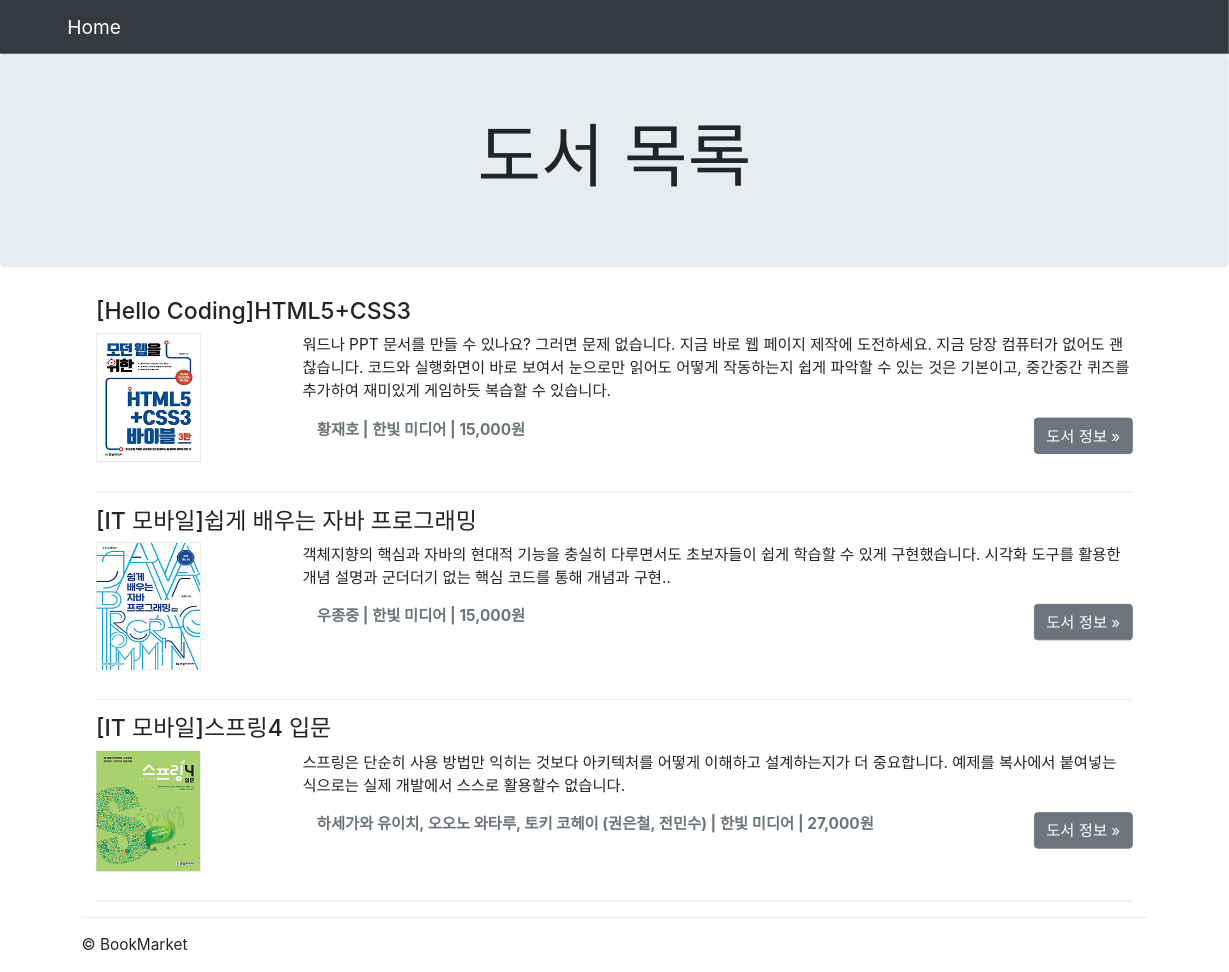
Repository: freedomseok8047/jsp
Page: http://localhost/BookMarket/books.jsp
The author's editor kept a copy of each file at every save. The page is drawn from the files as they stood at one save, then again after the next save.
The browser window is 1280 px wide. The pictures show the whole page, at 96% of full size.
The page is served by Tomcat 9.

Above is the page before, as saved 2023-08-25 05:48:13.

### BookMarket/src/main/webapp/books.jsp
<%@ page language="java" contentType="text/html; charset=UTF-8"
	pageEncoding="UTF-8"%>
<%@ page import="java.util.ArrayList, java.text.NumberFormat"%>
<%@ page import="dto.Book"%>
<jsp:useBean id="bookDAO" class="dao.BookRepository" scope="session" />
<!DOCTYPE html>
<html>
<head>
<meta charset="UTF-8">
<link rel="stylesheet" href="./resources/css/bootstrap.min.css" />
<title>도서 목록</title>
</head>
<body>
	<jsp:include page="menu.jsp" />
	<div class="jumbotron">
		<div class="container">
			<h1 class="display-3" align="center">도서 목록</h1>
		</div>
	</div>
	<%
	ArrayList<Book> listOfBooks = bookDAO.getAllBooks();
	NumberFormat format = java.text.NumberFormat.getNumberInstance(java.util.Locale.US);
	format.setGroupingUsed(true);
	%>

	<div class="container">
		<div class="col" align="left">
			<%
			for (int i = 0; i < listOfBooks.size(); i++) {
				Book book = listOfBooks.get(i);
			%>
			<div class="row-xl-4">

				<h4>
					[<%=book.getCategory()%>]<%=book.getName()%>
				</h4>
				<div class="row">
					<div class="col col-lg-2">
						<img src="resources/images/<%=book.getFilename()%>"
							alt=<%=book.getName()%> width="70%" height="90%">
					</div>
					<div class="col-md-auto"></div>
					<div class="col">
						<p><%=book.getDescription()%>
						<div class="container">
							<div class="row">
								<p class="col font-weight-bold text-secondary"><%=book.getAuthor()%>
									|
									<%=book.getPublisher()%>
									|
									<%=format.format(book.getUnitPrice())%>원
								<p>
									<a href="./book.jsp?id=<%=book.getBookId()%>"
										class="btn btn-secondary" role="button">도서 정보 &raquo;</a>
							</div>
						</div>
					</div>
				</div>
			</div>
			<hr>
			<%
			}
			%>
		</div>
		<hr>
	</div>
	<jsp:include page="footer.jsp" />


</body>
</html>

### BookMarket/src/main/webapp/menu.jsp
<nav class="navbar navbar-expand navbar-dark bg-dark">
		<div class="container">
			<div class=" navbar-header">
				<a class="navbar-brand" href=" ./welcome.jsp">Home</a>
			</div>
		</div>
	</nav>

### BookMarket/src/main/webapp/footer.jsp
<footer class="container">
		<p>&copy; BookMarket</p>
	</footer>

### BookMarket/src/main/java/dao/BookRepository.java
package dao;

import java.util.ArrayList;

import dto.Book;
import dto.Book;

public class BookRepository {

	private ArrayList<Book> listOfBooks = new ArrayList<Book>();

	public BookRepository() {
		Book book1 =new Book("B1234","HTML5+CSS3",15000);
		book1.setDescription("워드나 PPT 문서를 만들 수 있나요? 그러면 문제 없습니다. 지금 바로 웹 페이지 제작에 도전하세요. 지금 당장 컴퓨터가 없어도 괜찮습니다. 코드와 실행화면이 바로 보여서 눈으로만 읽어도 어떻게 작동하는지 쉽게 파악할 수 있는 것은 기본이고, 중간중간 퀴즈를 추가하여 재미있게 게임하듯 복습할 수 있습니다. ");
		book1.setAuthor("황재호");
		book1.setPublisher("한빛 미디어");
		book1.setCategory("Hello Coding");
		book1.setUnitsInStock(1000);
		book1.setTotalPages(700);
		book1.setReleaseDate("8월/22년");
		book1.setCondition("New");
		book1.setFilename("P1234.jpg");


		Book book2 =new Book("B1235","쉽게 배우는 자바 프로그래밍",15000);
		book2.setDescription("객체지향의 핵심과 자바의 현대적 기능을 충실히 다루면서도 초보자들이 쉽게 학습할 수 있게 구현했습니다. 시각화 도구를 활용한 개념 설명과 군더더기 없는 핵심 코드를 통해 개념과 구현..");
		book2.setAuthor("우종중");
		book2.setPublisher("한빛 미디어");
		book2.setCategory("IT 모바일");
		book2.setUnitsInStock(1000);
		book2.setTotalPages(700);
		book2.setReleaseDate("8월/22년");
		book2.setCondition("New");
		book2.setFilename("P1235.jpg");

		Book book3 =new Book("B1236","스프링4 입문",27000);
		book3.setDescription("스프링은 단순히 사용 방법만 익히는 것보다 아키텍처를 어떻게 이해하고 설계하는지가 더 중요합니다. 예제를 복사에서 붙여넣는 식으로는 실제 개발에서 스스로 활용할수 없습니다.");
		book3.setAuthor("하세가와 유이치, 오오노 와타루, 토키 코헤이 (권은철, 전민수)");
		book3.setPublisher("한빛 미디어");
		book3.setCategory("IT 모바일");
		book3.setUnitsInStock(1000);
		book3.setTotalPages(700);
		book3.setReleaseDate("8월/22년");
		book3.setCondition("New");
		book3.setFilename("P1236.jpg");

		listOfBooks.add(book1);
		listOfBooks.add(book2);
		listOfBooks.add(book3);
	}
		public ArrayList<Book> getAllBooks() {
			return listOfBooks;
	}
		public Book getBookById(String bookId) {
			Book bookById = null;
			for(int i =0; i < listOfBooks.size(); i++ ) {
				Book book = listOfBooks.get(i);
				if(book != null && book.getBookId() != null && book.getBookId().equals(bookId)) {
					bookById = book;
					break;
				}
			}
			return bookById;
		}
}

### BookMarket/src/main/java/dto/Book.java
package dto;

import java.io.Serializable;

public class Book implements Serializable {

	private static final long serialVersionUID = -4274700572038677000L;

	private String bookId;
	private String name;
	private Integer unitPrice;
	private String author;
	private String description;
	private String publisher;
	private String category;
	private long unitsInStock;
	private long totalPages;
	private String releaseDate;
	private String condition;
	private String filename;

	public String getFilename() {
		return filename;
	}

	public void setFilename(String filename) {
		this.filename = filename;
	}

	public Book() {
		super();
	}

	public Book(String bookId, String name, Integer unitPrice) {
		this.bookId = bookId;
		this.name = name;
		this.unitPrice = unitPrice;
	}


	public String getBookId() {
		return bookId;
	}
	public void setBookId(String bookId) {
		this.bookId = bookId;
	}
	public String getName() {
		return name;
	}
	public void setName(String name) {
		this.name = name;
	}
	public Integer getUnitPrice() {
		return unitPrice;
	}
	public void setUnitPrice(Integer unitPrice) {
		this.unitPrice = unitPrice;
	}
	public String getAuthor() {
		return author;
	}
	public void setAuthor(String author) {
		this.author = author;
	}
	public String getDescription() {
		return description;
	}
	public void setDescription(String description) {
		this.description = description;
	}
	public String getPublisher() {
		return publisher;
	}
	public void setPublisher(String publisher) {
		this.publisher = publisher;
	}
	public String getCategory() {
		return category;
	}
	public void setCategory(String category) {
		this.category = category;
	}
	public long getUnitsInStock() {
		return unitsInStock;
	}
	public void setUnitsInStock(long unitsInStock) {
		this.unitsInStock = unitsInStock;
	}
	public long getTotalPages() {
		return totalPages;
	}
	public void setTotalPages(long totalPages) {
		this.totalPages = totalPages;
	}
	public String getReleaseDate() {
		return releaseDate;
	}
	public void setReleaseDate(String releaseDate) {
		this.releaseDate = releaseDate;
	}
	public String getCondition() {
		return condition;
	}
	public void setCondition(String condition) {
		this.condition = condition;
	}


}

Loaded but not shown: BookMarket/src/main/webapp/resources/css/bootstrap.min.css (library)

After the next save:
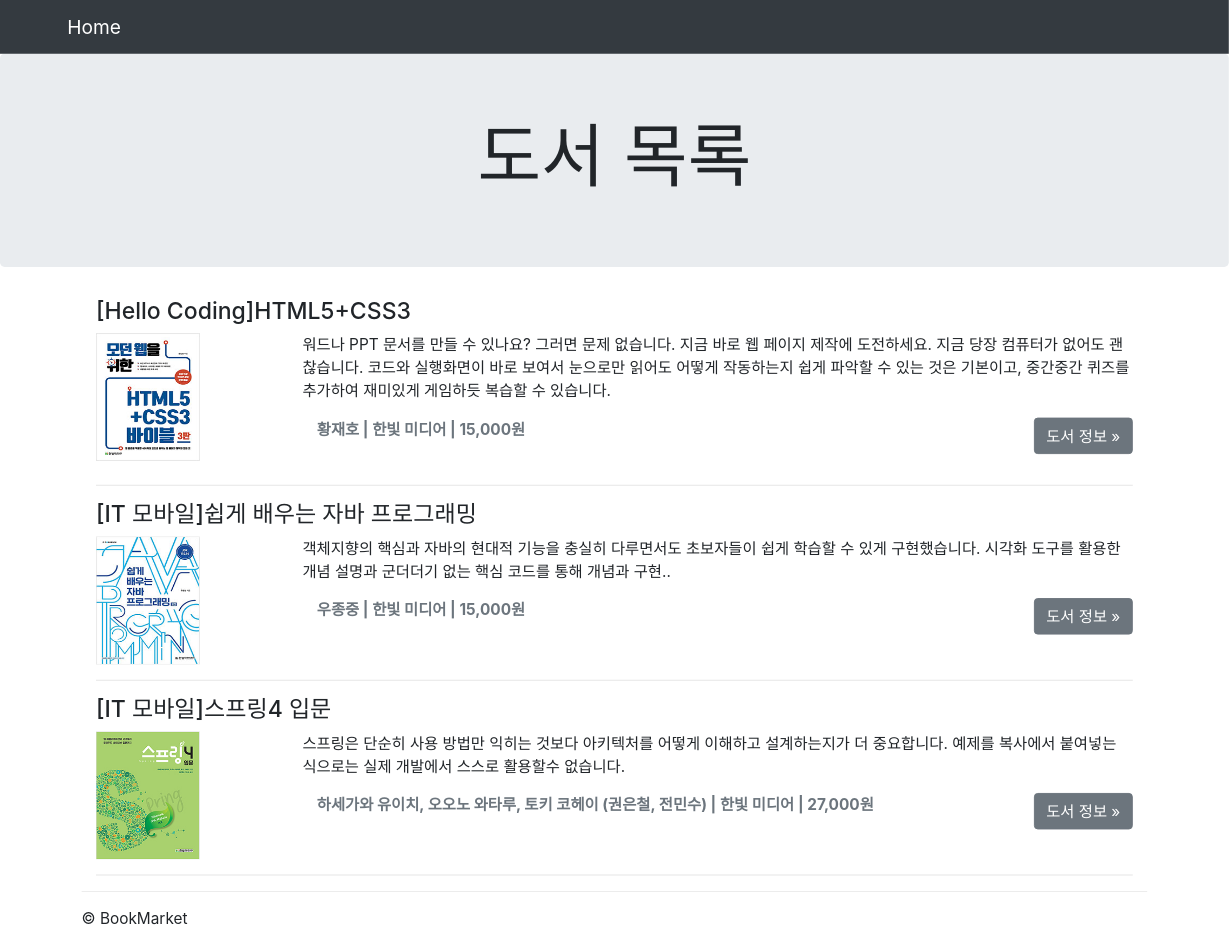
Saved 102 s later.
--- a/BookMarket/src/main/webapp/books.jsp
+++ b/BookMarket/src/main/webapp/books.jsp
@@ -37,7 +37,7 @@
 				<div class="row">
 					<div class="col col-lg-2">
 						<img src="resources/images/<%=book.getFilename()%>"
-							alt=<%=book.getName()%> width="70%" height="90%">
+							alt=<%=book.getName()%> width="108" height="133">
 					</div>
 					<div class="col-md-auto"></div>
 					<div class="col">
